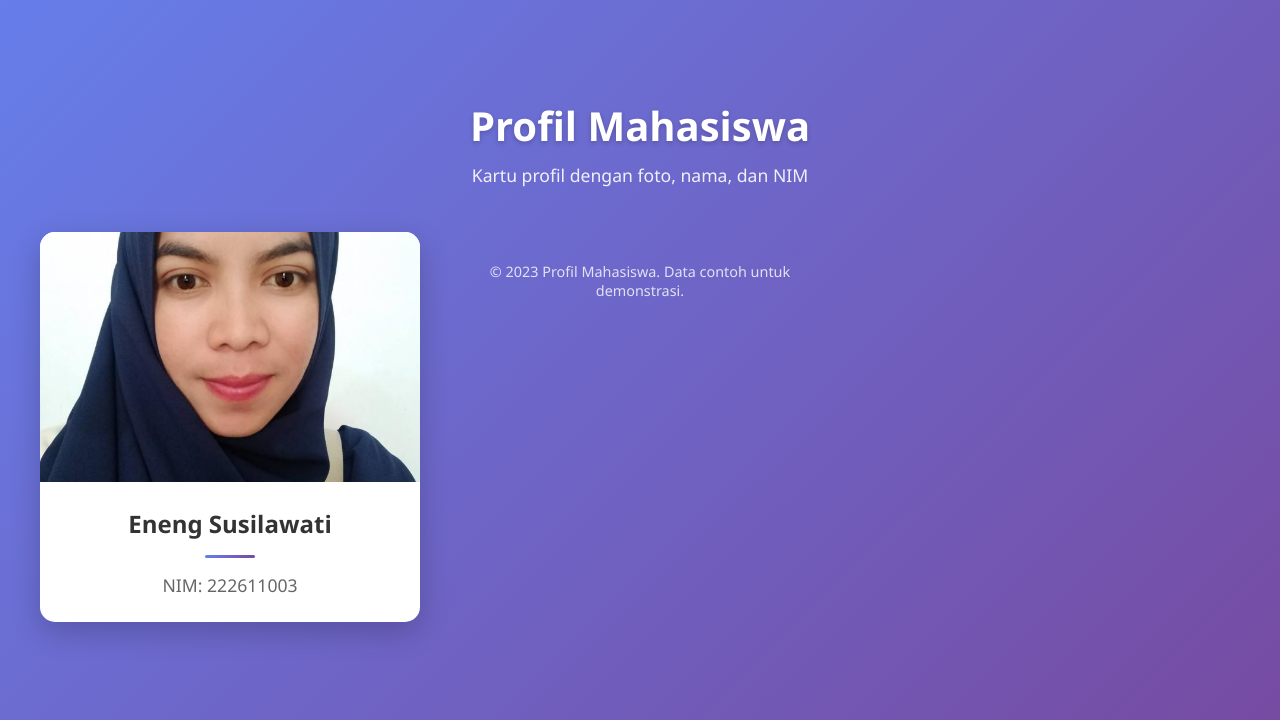
Repository: usysarfaraz/mockup-sistem-Otomatisasi-Input-Produksi-Kahatex-Eneng-Susilawati
Page: http://localhost/
These files come from the project's save history. The page is drawn as it stood at one moment and after a run of saves; the edit follows.
The browser window is 1280 px wide. The pictures show the whole page.
The page is run by PHP 8.4 with error messages shown; the project is at /var/www/html/.

Above is the page before, as saved 2025-10-15 16:37:27.

### index.php
<!DOCTYPE html>
<html lang="en">
<head>
    <meta charset="UTF-8">
    <meta http-equiv="X-UA-Compatible" content="IE=edge">
    <meta name="viewport" content="width=device-width, initial-scale=1.0">
    <title>Profil Mahasiswa</title>
    <style>
        * {
            margin: 0;
            padding: 0;
            box-sizing: border-box;
            font-family: 'Segoe UI', Tahoma, Geneva, Verdana, sans-serif;
        }

        body {
            background: linear-gradient(135deg, #667eea 0%, #764ba2 100%);
            min-height: 100vh;
            display: flex;
            justify-content: center;
            align-items: center;
            padding: 20px;
        }

        .container {
            display: flex;
            flex-direction: column;
            gap: 25px;
            max-width: 1200px;
            width: 100%;
        }

        .header {
            text-align: center;
            color: white;
            margin-bottom: 20px;
        }

        .header h1 {
            font-size: 2.5rem;
            margin-bottom: 10px;
            text-shadow: 0 2px 5px rgba(0,0,0,0.2);
        }

        .header p {
            font-size: 1.1rem;
            opacity: 0.9;
        }

        .cards-container {
            display: grid;
            grid-template-columns: repeat(auto-fill, minmax(300px, 1fr));
            gap: 30px;
        }

        .card {
            background: white;
            border-radius: 15px;
            overflow: hidden;
            box-shadow: 0 10px 30px rgba(0, 0, 0, 0.2);
            transition: transform 0.3s, box-shadow 0.3s;
        }

        .card:hover {
            transform: translateY(-10px);
            box-shadow: 0 15px 35px rgba(0, 0, 0, 0.3);
        }

        .photo-container {
            width: 100%;
            height: 250px;
            overflow: hidden;
            position: relative;
        }

        .photo {
            width: 100%;
            height: 100%;
            object-fit: cover;
            transition: transform 0.5s;
        }

        .card:hover .photo {
            transform: scale(1.05);
        }

        .info-container {
            padding: 25px;
            text-align: center;
        }

        .name {
            font-size: 1.5rem;
            font-weight: 700;
            color: #333;
            margin-bottom: 10px;
        }

        .nim {
            font-size: 1.1rem;
            color: #666;
            font-weight: 500;
        }

        .divider {
            height: 3px;
            width: 50px;
            background: linear-gradient(to right, #667eea, #764ba2);
            margin: 15px auto;
            border-radius: 3px;
        }

        .footer {
            text-align: center;
            color: white;
            margin-top: 30px;
            opacity: 0.8;
            font-size: 0.9rem;
        }

        @media (max-width: 768px) {
            .cards-container {
                grid-template-columns: 1fr;
            }

            .header h1 {
                font-size: 2rem;
            }
        }
    </style>
</head>
<body>
    <div class="container">
        <div class="header">
            <h1>Profil Mahasiswa</h1>
            <p>Kartu profil dengan foto, nama, dan NIM</p>
        </div>

        <div class="cards-container">
            <div class="card">
                <div class="photo-container">
                    <img src="img/photo_2025-10-15_16-24-52.jpg" alt="Foto Saya" class="photo">
                </div>
                <div class="info-container">
                    <div class="name">Eneng Susilawati</div>
                    <div class="divider"></div>
                    <div class="nim">NIM: 222611003</div>
                </div>
            </div>

        <div class="footer">
            <p>&copy; 2023 Profil Mahasiswa. Data contoh untuk demonstrasi.</p>
        </div>
    </div>
</body>
</html>

After the next 2 saves:
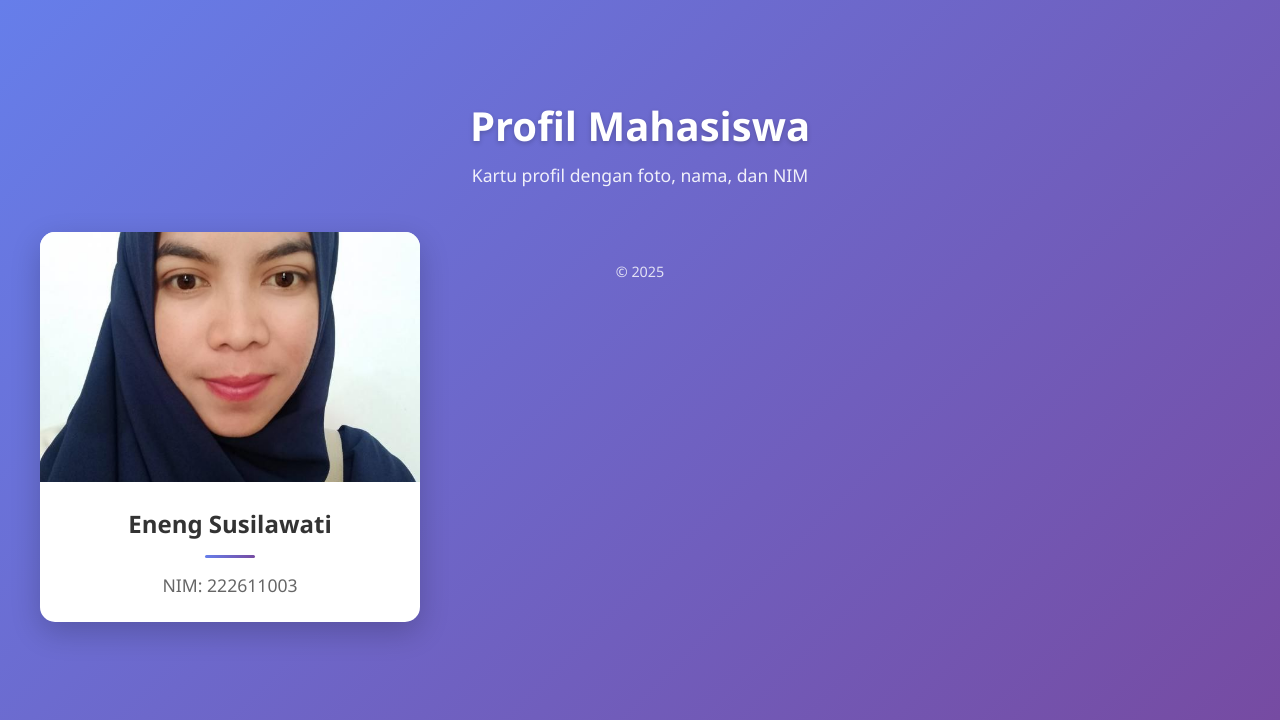
The 2 saves are shown as one change because they came seconds apart.
The last was saved 5 min 24 s later.
--- a/index.php
+++ b/index.php
@@ -149,7 +149,7 @@
             </div>
 
         <div class="footer">
-            <p>&copy; 2023 Profil Mahasiswa. Data contoh untuk demonstrasi.</p>
+            <p>&copy; 2025 </p>
         </div>
     </div>
 </body>
